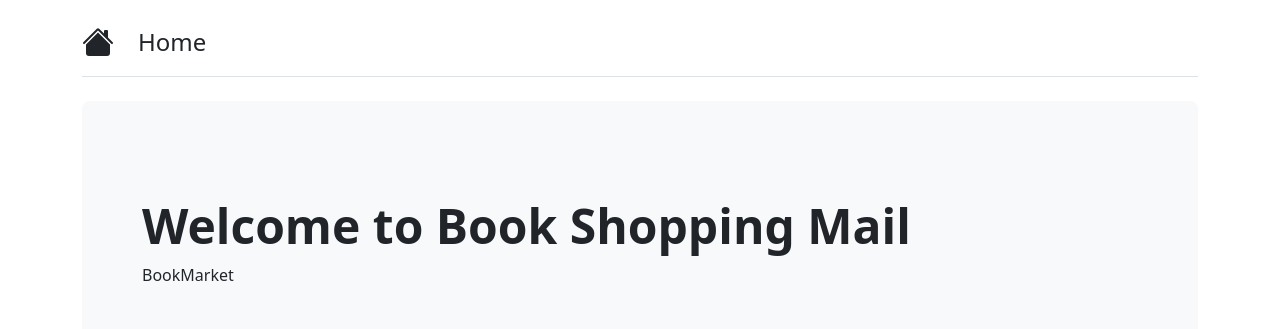
Repository: yeom724/JSP_test
Page: http://localhost/bookmarket/welcome.jsp
An editor plug-in stored every save of this project. The page is shown before and after the next save, followed by the edit.
The browser window is 1280 px wide. The pictures show the whole page.
The page is served by Tomcat 10. Other server files are loaded and not shown.

Above is the page before, as saved 2024-10-08 02:32:11.

### bookmarket/src/main/webapp/welcome.jsp
<%@ page language="java" contentType="text/html; charset=UTF-8"
    pageEncoding="UTF-8"%>
<!DOCTYPE html>
<html>
<head>
<link href="https://cdn.jsdelivr.net/npm/bootstrap@5.3.0-alpha1/dist/css/bootstrap.min.css" rel="stylesheet">
<meta charset="UTF-8">
<title>Welcome</title>
</head>
<body>
	<div class = "container py-4">

		<header class = "pb-3 mb-4 border-bottom">
			<a href="welcome.jsp" class = "d-flex align-items-center text-dark text-decoration-none">
				<svg  width="32" height="32" fill="currentColor" class="bi bi-house-fill" viewBox="0 0 16 16">
              		<path d="M8.707 1.5a1 1 0 0 0-1.414 0L.646 8.146a.5.5 0 0 0 .708.708L8 2.207l6.646 6.647a.5.5 0 0 0 .708-.708L13 5.793V2.5a.5.5 0 0 0-.5-.5h-1a.5.5 0 0 0-.5.5v1.293L8.707 1.5Z"/>
              		<path d="m8 3.293 6 6V13.5a1.5 1.5 0 0 1-1.5 1.5h-9A1.5 1.5 0 0 1 2 13.5V9.293l6-6Z"/>
        		</svg>

        		<span class = "fs-4">　Home</span>
			</a>
		</header>

		<%!
			String greeting = "Welcome to Book Shopping Mail";
			String tagline = "Welcome to Web Market!";
		%>

		<div class = "p-5 mb-4 bg-body-tertiary rounded-3">
			<div class = "container-fluid py-5">
				<h1 class = "display-5 fw-bold"><%= greeting %></h1>
				<p>BookMarket</p>
			</div>
		</div>

		<div>
			<div>
				<div>
					<h3></h3>
				</div>
			</div>
		</div>

		<footer>

		</footer>
	</div>
</body>
</html>

After the next save:
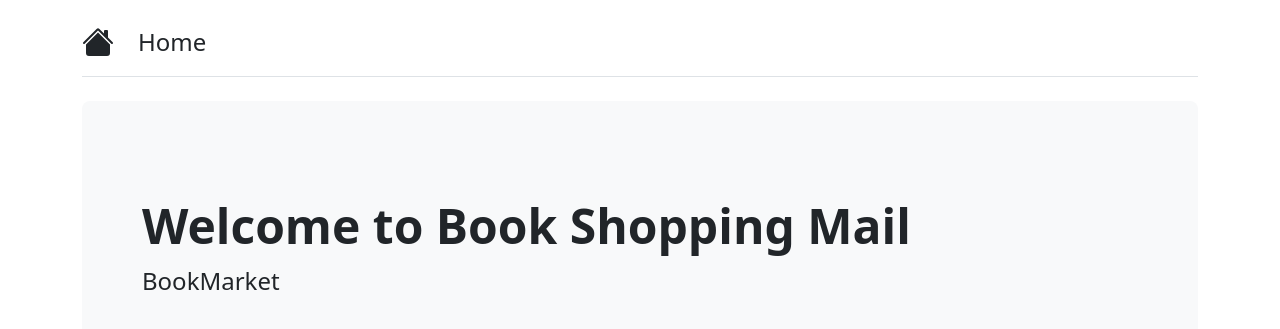
Saved 19 s later.
--- a/bookmarket/src/main/webapp/welcome.jsp
+++ b/bookmarket/src/main/webapp/welcome.jsp
@@ -29,7 +29,7 @@
 		<div class = "p-5 mb-4 bg-body-tertiary rounded-3">
 			<div class = "container-fluid py-5">
 				<h1 class = "display-5 fw-bold"><%= greeting %></h1>
-				<p>BookMarket</p>
+				<p class = "col-md-8 fs-4">BookMarket</p>
 			</div>
 		</div>
 
